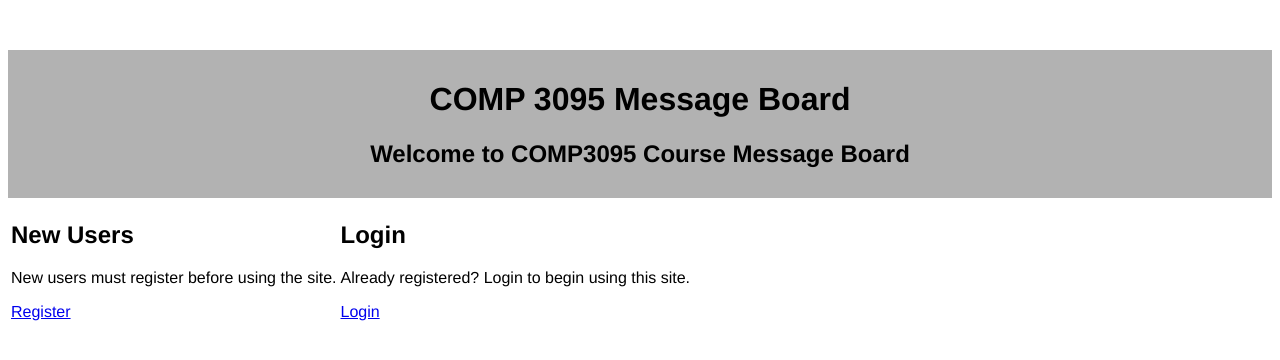
Repository: JesseFo/Whitespace
Page: whitespace/WebContent/WEB-INF/index.html
These files come from the project's save history. The page is drawn as it stood at one moment and after the next save; the edit follows.
The browser window is 1280 px wide. The pictures show the whole page.

Above is the page before, as saved 2015-10-14 02:51:05.

After the next save:
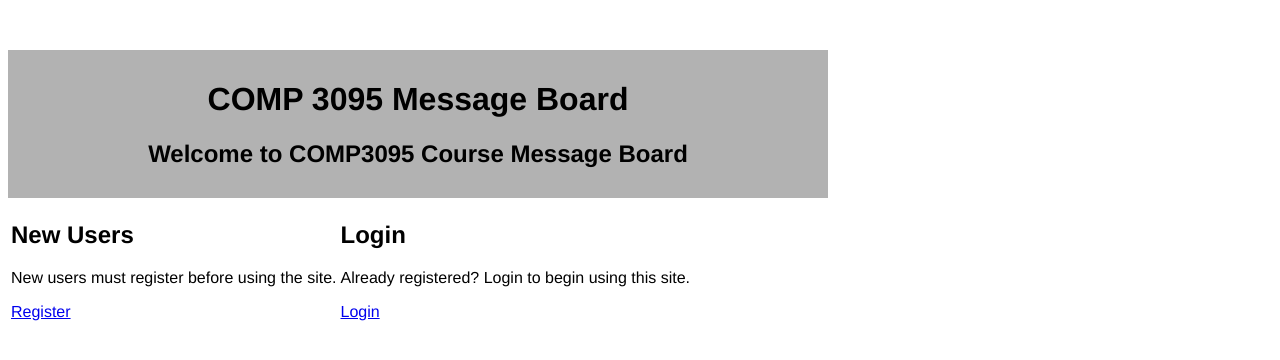
Saved 19 s later.
--- a/whitespace/WebContent/WEB-INF/index.css
+++ b/whitespace/WebContent/WEB-INF/index.css
@@ -9,4 +9,5 @@
 	background: #B2B2B2;
 	padding: 10px;
 	margin-top: 50px;
+	width: 800px;
 }
